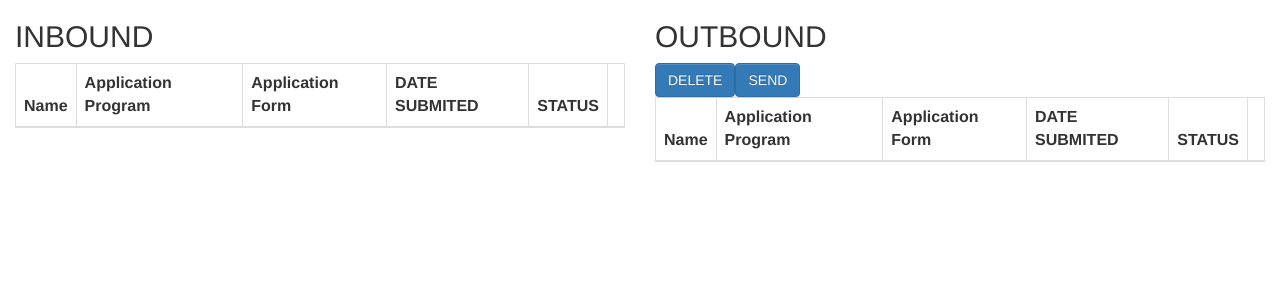
Repository: eunminhansoo/Oirp
Page: http://localhost/administrator.php
These files come from the project's save history. The page is drawn as it stood at one moment and after the next save; the edit follows.
The browser window is 1280 px wide. The pictures show the whole page.
The page is run by PHP 8.4 with error messages shown; the project is at /var/www/html/. Queries for data that is not in the repository find no rows.

Above is the page before, as saved 2018-03-15 17:33:26.
Console error (its wording comes from the project's code and is left out).

After the next save:
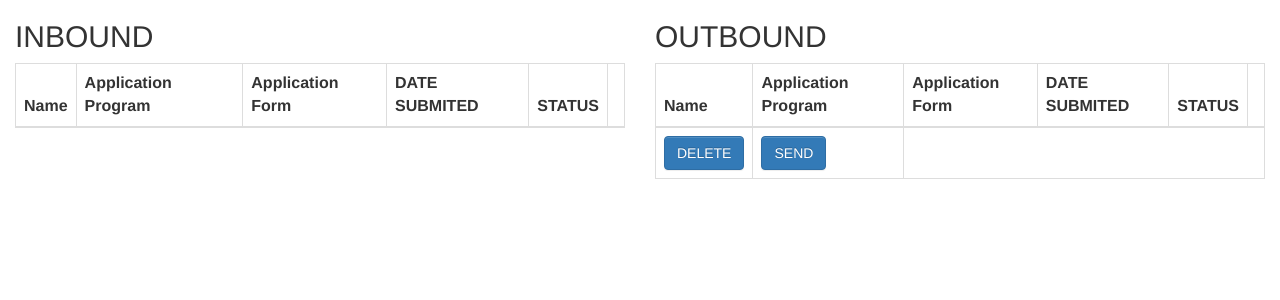
Saved 40 s later.
--- a/OIRP_WEB/administrator.php
+++ b/OIRP_WEB/administrator.php
@@ -74,8 +74,8 @@
                         </thead>
                         <tfoot>
                         	<tr>
-		                        <button type="submit" name="delete" class="btn btn-primary" >DELETE</button>
-		                        <button type="submit" name="send" class="btn btn-primary">SEND</button>
+		                        <th><button type="submit" name="delete" class="btn btn-primary" >DELETE</button></th>
+		                        <th><button type="submit" name="send" class="btn btn-primary">SEND</button></th>
 	                        </tr>
                         </tfoot>
                         <tbody>
